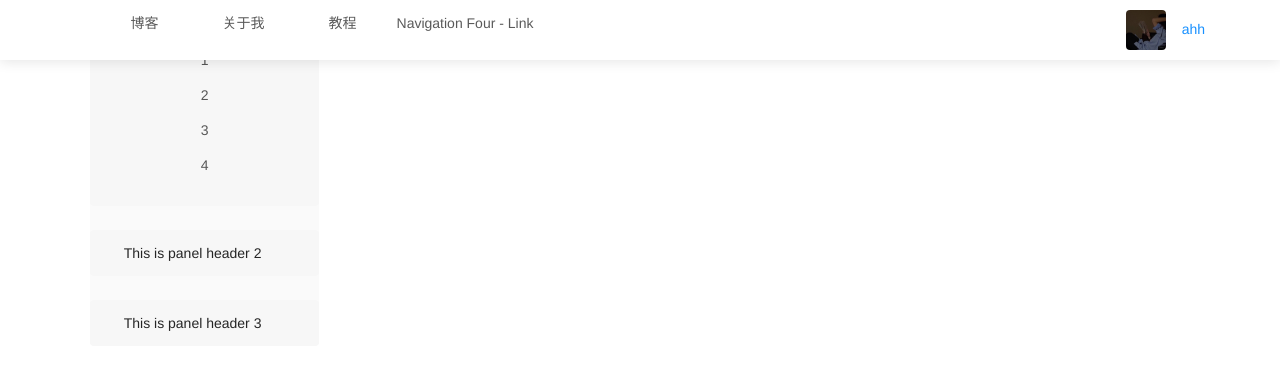
Repository: GitDjAr/blog
Page: /notes (app in myblog/)
The author's editor kept a copy of each file at every save. The page is drawn from the files as they stood at one save, then again after the next save.
The browser window is 1280 px wide. The pictures show the whole page.
The project was rebuilt for these pictures with package versions that can differ from the ones it lists, and the page was loaded fresh each time. Also part of the build but not shown: myblog/webpack.config.js. Imported but missing from the stored project, and not drawn on this page: myblog/src/store/getters, myblog/src/views/about/about.

Above is the page before, as saved 2020-12-27 19:21:41.

### myblog/src/main.js
import Vue from 'vue'
import App from './App.vue'
import router from './router/index'
import store from './store/index'
import 'ant-design-vue/dist/antd.css'; // or 'ant-design-vue/dist/antd.less'


import Antd from 'ant-design-vue';
Vue.use(Antd);
new Vue({
  el: '#app',
  router,
  store,
  render: h => h(App)
})

### myblog/src/App.vue
<template>
  <div id="app">
    <headers></headers>
    <div class="conten">
      <router-view/>
    </div>
  </div>
</template>

<script>
import headers from 'v/header/header'
export default {
  components:{
    headers,
  },
  name: 'app',
  data () {
    return {
    }
  }
}
</script>

<style lang="scss">
#app {
  font-family: 'Avenir', Helvetica, Arial, sans-serif;
  -webkit-font-smoothing: antialiased;
  -moz-osx-font-smoothing: grayscale;
  text-align: center;
  color: #2c3e50;
  .conten{
    width: 1100px;
    margin: auto;
  }
}

</style>

### myblog/src/router/index.js
import Vue from 'vue'
import Router from 'vue-router'
Vue.use(Router)

// 暴露router
const router = new Router({
  mode:'history',
  routes:[
    {
      path:'/',
      redirect:'/index',
    },
    {
      path:'/index',
      meat:{title:'hello,欢迎来到我博客',foter:false},
      name:'index',
      component:()=>import('@/views/index')
    },
    {
      path:'/about',
      meat:{title:'关于我',foter:true},
      name:'about',
      component:()=>import('@/views/about/about')
    },
    {
      path:'/notes',
      meat:{title:'笔记',foter:true},
      name:'notes',
      component:()=>import('@/views/notes/notes')
    }
  ]
})

export default router

### myblog/src/store/index.js
import Vue from 'vue'
import Vuex from 'vuex'
import {getters} from './getters'

Vue.use(Vuex)

const store = new Vuex.Store({
  state:{
    Switch_:localStorage.getItem('state')  //dattiem or nightime
  },
  modules:{
    Switch_(state,status){
      // localStorage.setItem(state) = status
    }
  },
getters
})

export default store

### myblog/src/views/header/header.vue
<!--  -->
<template>
<div class="header-x">
  <a-row align='middle' type='flex' justify='space-between'>
    <a-col
    :lg="{span:'12'}"
    span='2'
    class="ul_flat"
    >
      <a-menu v-model="current" mode="horizontal"
      @click='titleClick '>
        <a-menu-item key="index"> <a-icon type="mail" />博客</a-menu-item>
        <a-menu-item key="about"> <a-icon type="mail" />关于我</a-menu-item>
        <a-sub-menu>
          <span slot="title" class="submenu-title-wrapper"
            ><a-icon type="setting" />教程</span
          >
          <a-menu-item-group title="Item 1">
            <a-menu-item key="notes">
              笔记
            </a-menu-item>
            <a-menu-item key="setting:2">
              Option 2
            </a-menu-item>
          </a-menu-item-group>
          <a-menu-item-group title="Item 2">
            <a-menu-item key="setting:3">
              Option 3
            </a-menu-item>
            <a-menu-item key="setting:4">
              Option 4
            </a-menu-item>
          </a-menu-item-group>
        </a-sub-menu>
        <a-menu-item key="alipay">
          <a href="https://antdv.com" target="_blank" rel="noopener noreferrer"
            >Navigation Four - Link</a
          >
        </a-menu-item>
      </a-menu>
    </a-col>

    <a-col lg='6' :span="4"  >
        <a-icon type="fullscreen"
          @click="阿"
          v-if="isicon"/>
      <a-avatar shape="square" :src='userimg' :size="40" icon="user" />
      <a-button type="link">
      {{name}}
      </a-button>
    </a-col>
  </a-row>
</div>
</template>

<script>
import userimg from '@/assets/image/1.jpg'
export default {

  components: {

},
  data () {
    return {
      userimg:userimg,
      name:'ahh',
      isicon:'',
      current: ['mail'],
    };
  },

  filters: {

},

  watch: {
},

  computed: {
},

  methods: {
    titleClick (e){
      this.$router.push({
        path:e.key
      })
    },

},

  mounted(){
    window.addEventListener('resize',this.bodysize,false)
},
}

</script>
<style scoped lang='scss'>
.header-x{
  position: fixed;
  z-index: 100;
  box-shadow: 0 2px 12px 0 rgba(0, 0, 0, 0.1);
  height: 60px;
  width: 100%;
  .ant-menu-root {
    border:none
  }
  .ant-menu-horizontal{
    box-sizing: border-box;
    border:none
    .ant-menu-item{
      line-height: 60px;
      height: 60px;
    }
    height: 60px;
  }
}
</style>

### myblog/src/views/notes/notes.vue
<!--  -->
<template>
  <div>
    <a-row>
      <a-col :span='0' :lg="{span:'6'}" :xl="{span:'5'}">
        <div>
          <a-collapse default-active-key="1" :bordered="false"
          expand-icon-position='right'>
            <template #expandIcon="props">
              <a-icon type="caret-right" :rotate="props.isActive ? 90 : 0" />
            </template>
            <a-collapse-panel key="1" header="This is panel header 1" :style="customStyle">
              <p v-for="(item, index) in 4">{{item}}</p>
            </a-collapse-panel>
            <a-collapse-panel key="2" header="This is panel header 2" :style="customStyle">
              <p>{{ text }}</p>
            </a-collapse-panel>
            <a-collapse-panel key="3" header="This is panel header 3" :style="customStyle">
              <p>{{ text }}</p>
            </a-collapse-panel>
          </a-collapse>
        </div>
      </a-col>
    </a-row>
  </div>
</template>

<script>
export default {
  data () {
    return {
      text: `A dog is a type of domesticated animal.Known for its loyalty and faithfulness,it can be found as a welcome guest in many households across the world.`,
      customStyle:
        'background: #f7f7f7;border-radius: 4px;margin-bottom: 24px;border: 0;overflow: hidden',
    };
  },
  mounted(){

},

  methods: {

}
}

</script>
<style scoped lang='scss'>

</style>

After the next save:
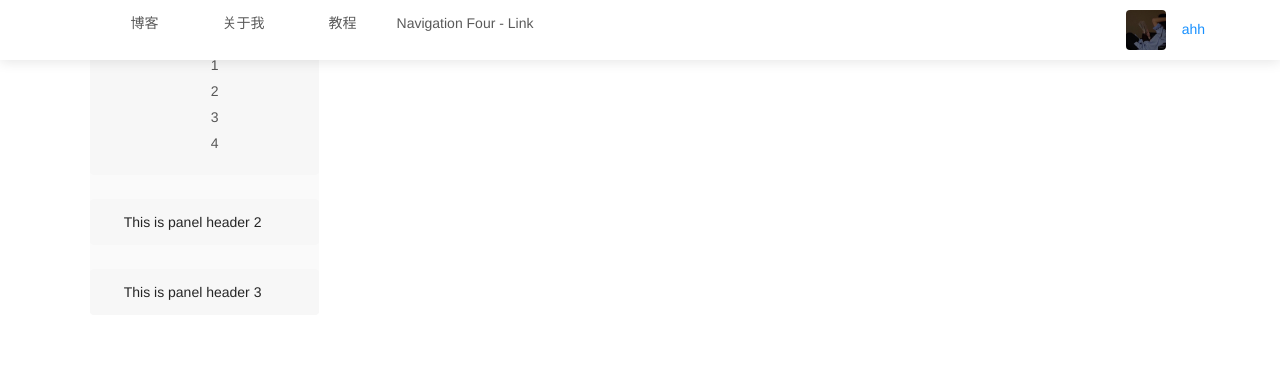
Saved 98 s later.
--- a/myblog/src/views/notes/notes.vue
+++ b/myblog/src/views/notes/notes.vue
@@ -10,7 +10,8 @@
               <a-icon type="caret-right" :rotate="props.isActive ? 90 : 0" />
             </template>
             <a-collapse-panel key="1" header="This is panel header 1" :style="customStyle">
-              <p v-for="(item, index) in 4">{{item}}</p>
+              <p v-for="(item, index) in 4"
+              class="nav_lsit">{{item}}</p>
             </a-collapse-panel>
             <a-collapse-panel key="2" header="This is panel header 2" :style="customStyle">
               <p>{{ text }}</p>
@@ -45,5 +46,12 @@ export default {
 
 </script>
 <style scoped lang='scss'>
+.nav_lsit{
+  margin: 5px 10px;
+  width: 100%;
 
+}
+.nav_lsit:hover{
+  background: rgb(242, 242, 242);
+}
 </style>
